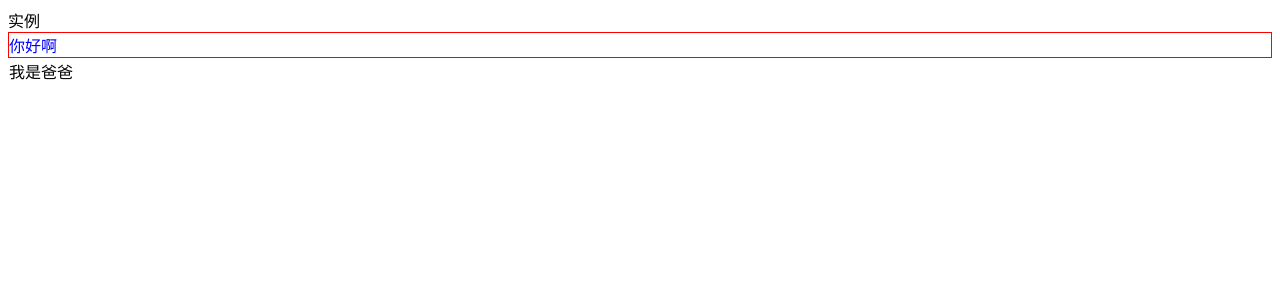
Repository: chenguocan/dom_demo
Page: src/index.html
The author's editor kept a copy of each file at every save. The page is drawn from the files as they stood at one save, then again after the next save.
The browser window is 1280 px wide. The pictures show the whole page.

Above is the page before, as saved 2020-08-07 17:18:59.
Console error: TypeError: Cannot read properties of undefined (reading 'classList')

After the next save:
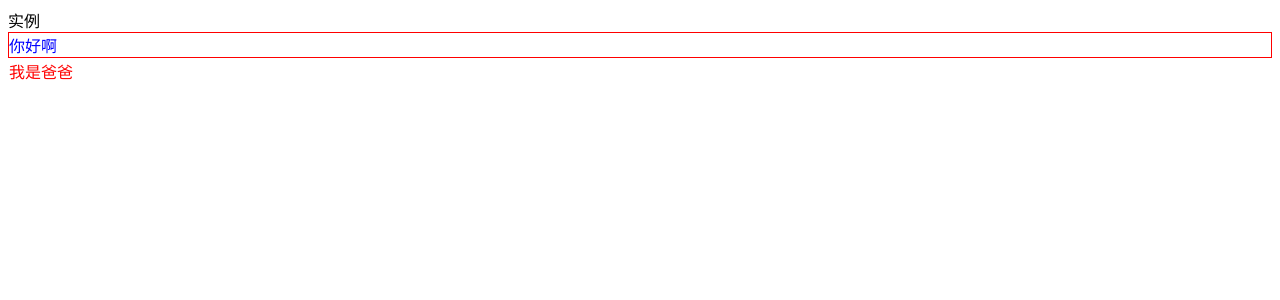
The error is gone.
Saved 70 s later.
--- a/src/main.js
+++ b/src/main.js
@@ -11,4 +11,4 @@ console.log(`title:${title}`);
 const text = dom.text(test, "你好啊");
 dom.style(test, { border: "1px solid red ", color: "blue" })
 console.log(dom.style(test, "border"));
-dom.class.add(text, "red");
+dom.class.add(div3, "red");
